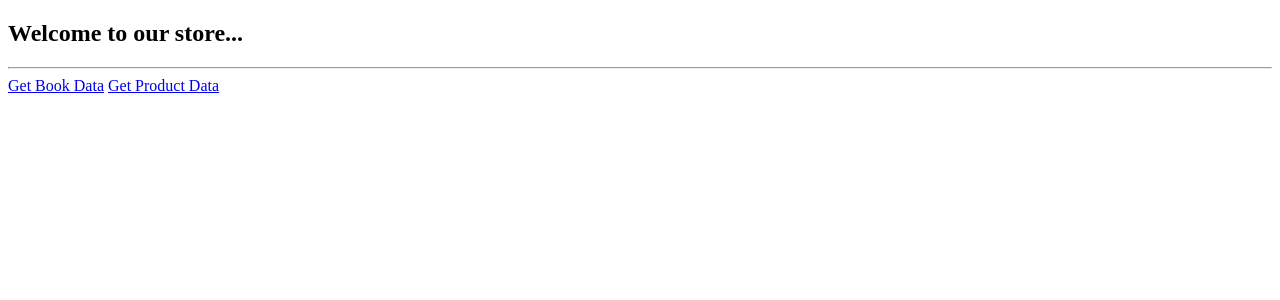
Repository: dubeygaurav52/SpringBoot_Microservices_Concepts
Page: http://localhost/19-SB-Web-Controller-To-UI-App/pages/index.jsp
These files come from the project's save history. The page is drawn as it stood at one moment and after the next save; the edit follows.
The browser window is 1280 px wide. The pictures show the whole page.
The page is served by Tomcat 9.

Above is the page before, as saved 2025-05-05 12:17:54.

After the next save:
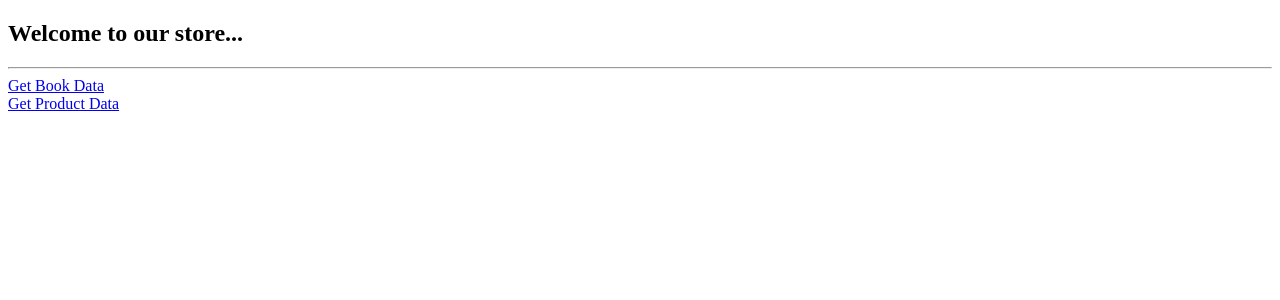
Saved 29 s later.
--- a/19-SB-Web-Controller-To-UI-App/src/main/webapp/pages/index.jsp
+++ b/19-SB-Web-Controller-To-UI-App/src/main/webapp/pages/index.jsp
@@ -9,7 +9,7 @@
 <body>
 <h2>Welcome to our store...</h2>
 <hr>
-<a href="bookdata">Get Book Data</a>
+<a href="bookdata">Get Book Data</a> <br/>
 <a href="productdata">Get Product Data</a>
 </body>
 </html>
